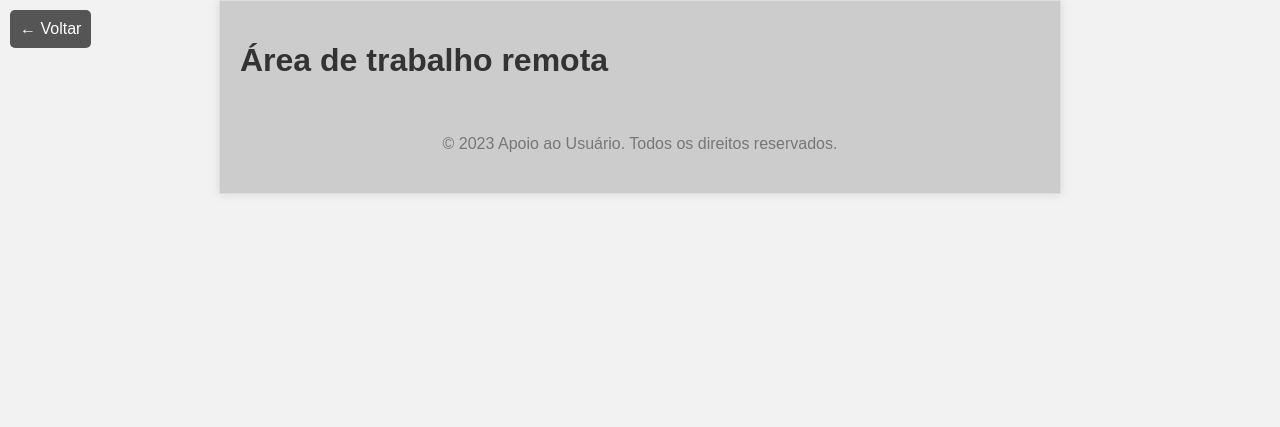
Repository: I4guito/dicasdez
Page: Dicas site/Dicas/arearemota.html
The author's editor kept a copy of each file at every save. The page is drawn from the files as they stood at one save, then again after the next save.
The browser window is 1280 px wide. The pictures show the whole page.

Above is the page before, as saved 2023-12-11 12:45:48.

After the next save:
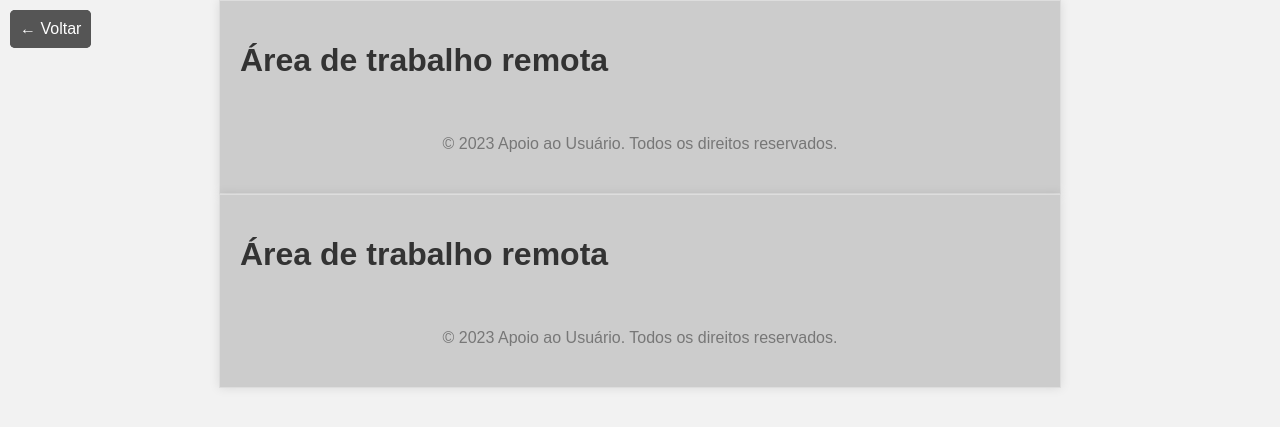
Saved 22 s later.
--- a/Dicas site/Dicas/arearemota.html
+++ b/Dicas site/Dicas/arearemota.html
@@ -24,5 +24,23 @@
             <p>&copy; 2023 Apoio ao Usuário. Todos os direitos reservados.</p>
         </footer>
     </div>
+
+    <div class="container">
+        <header>
+        <a href="javascript:history.back()" class="voltar-btn">&#8592; Voltar</a>
+            <h1>Área de trabalho remota </h1>
+        </header>
+        <section>
+            <h2>  </h2>
+            <ul>
+                <li></li>
+                <li></li>
+            </ul>
+        </section><br>
+        <footer>
+            <p>&copy; 2023 Apoio ao Usuário. Todos os direitos reservados.</p>
+        </footer>
+    </div>
+
 </body>
 </html>
